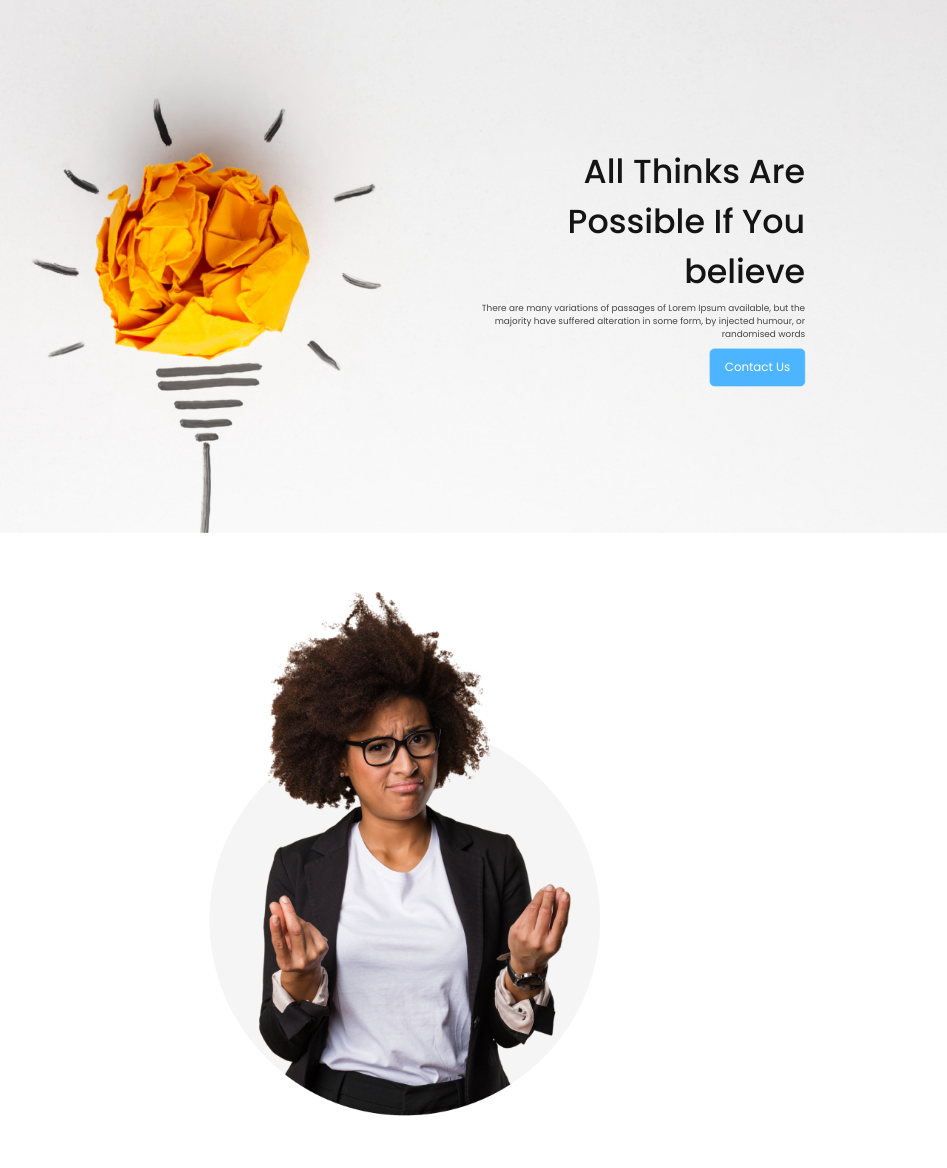
Repository: mdrubel02/new-year-new-mission
Page: index.html
An editor plug-in stored every save of this project. The page is shown before and after the next save, followed by the edit.
The browser window is 1280 px wide. The pictures show the whole page, at 74% of full size.

Above is the page before, as saved 2023-01-06 22:42:06.

After the next save:
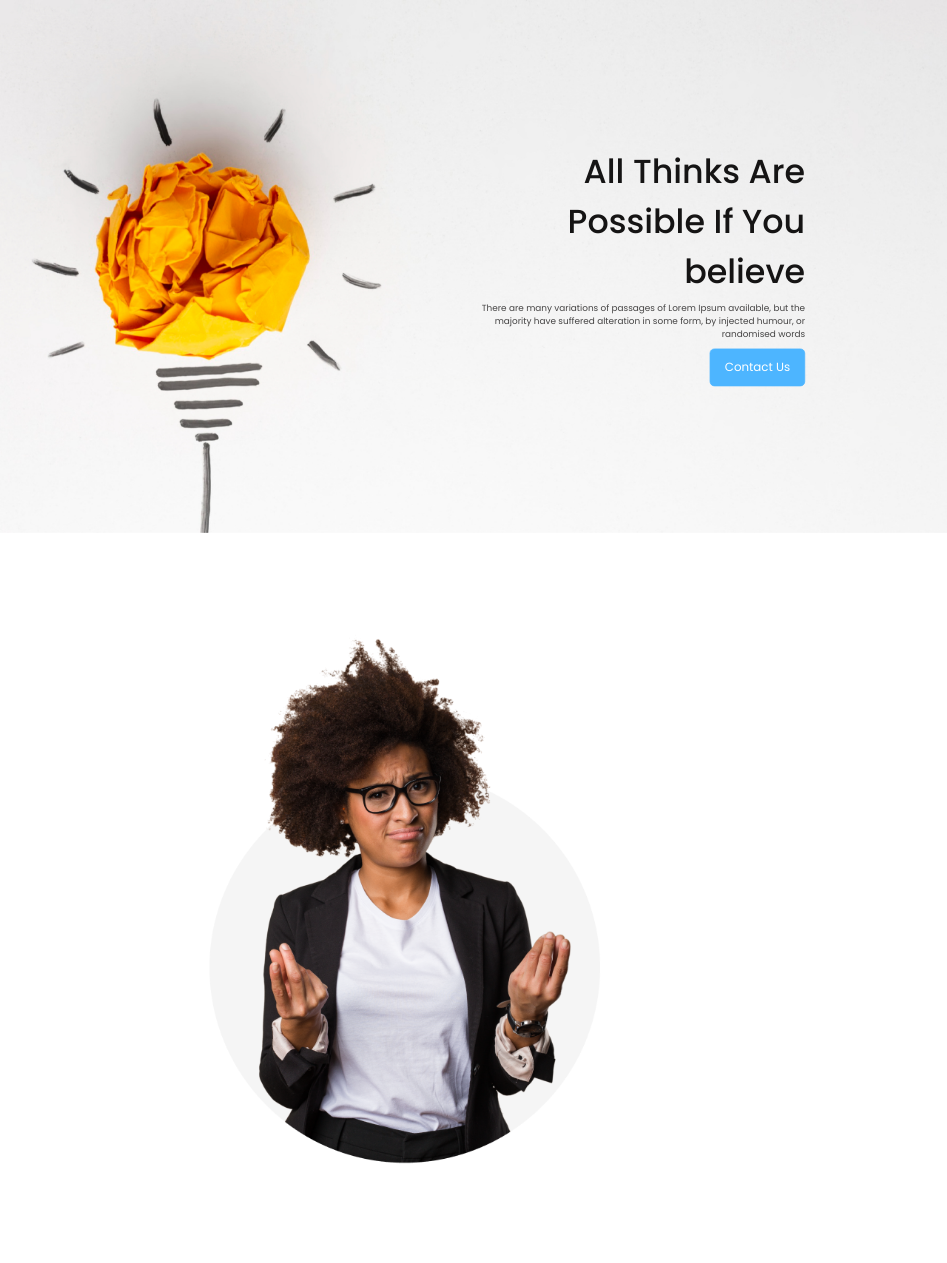
Saved 14 s later.
--- a/index.css
+++ b/index.css
@@ -27,8 +27,8 @@ h6 {
 .container {
     max-width: 1200px;
     margin: 0 auto;
-    margin-top: 5%;
-    margin-bottom: 5%;
+    margin-top: 10%;
+    margin-bottom: 10%;
     padding: 0 30px;
     box-sizing: border-box;
 }
